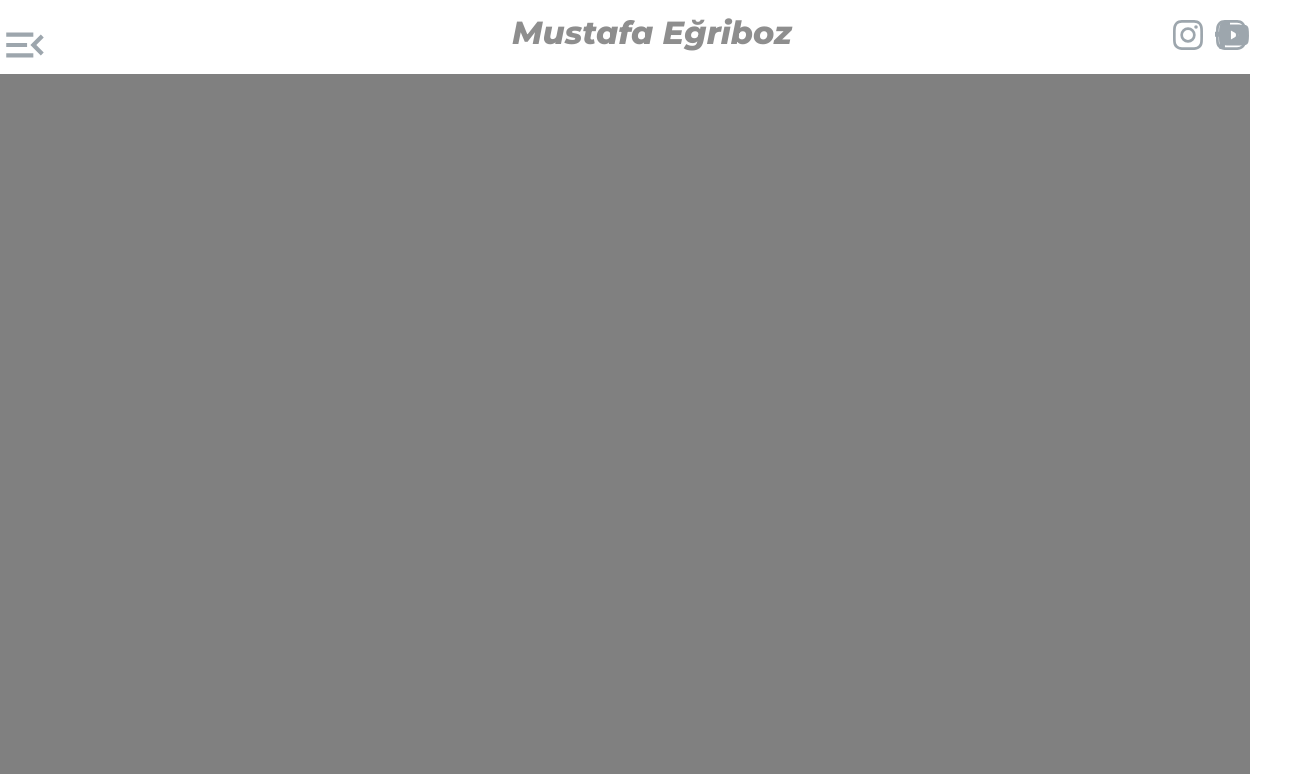
Repository: CengoCengo/m.e-gallery-web-site
Page: index.html
An editor plug-in stored every save of this project. The page is shown before and after the next save, followed by the edit.
The browser window is 1280 px wide. The page is 1280 px wide, then 1295 px, so the pictures cover 1295 px, including what lies to the right of the window. The pictures show the whole page.

Above is the page before, as saved 2021-02-06 02:16:52.
Console error: TypeError: Cannot read properties of null (reading 'style')

### index.html
<!DOCTYPE html>
<html lang="en">
  <head>
    <meta charset="UTF-8" />
    <meta name="viewport" content="width=device-width, initial-scale=1.0" />
    <link rel="stylesheet" href="styles/style.css" />
    <link rel="preconnect" href="https://fonts.gstatic.com" />
    <link
      href="https://fonts.googleapis.com/css2?family=Montserrat:ital,wght@1,800&display=swap"
      rel="stylesheet"
    />

    <title>Mustafa Eğriboz</title>
  </head>
  <body>
    <!-- Navigator -->
     <div class="menu-container">
        <img
          id="icon-menu"
          src="images/icon/menu_open-black-18dp.svg"
          alt="icon-menu"
          width="50"
        />
        <h1>Mustafa Eğriboz</h1>

       <div class="social-media-container">
        <span class="facebook-icon">
          <a href=""
            ><img alt="Qries" src="images/icon/facebook-f-brands.svg" width=15"
            height="70"></a
          >
        </span>
        <span class="instagram-icon">
          <a href=""
            ><img alt="Qries" src="images/icon/instagram-brands.svg" width=30"
            height="70"></a
          >
        </span>
        <span class="youtube-icon">
          <a href=""
            ><img alt="Qries" src="images/icon/youtube-brands.svg" width=30"
            height="70"></a
          >
        </span>
        <span class="whatsapp-icon">
          <a href=""
            ><img alt="Qries" src="images/icon/instagram-brands.svg" width=30"
            height="70"></a
          >
        </span>
      </div>
      </div>




    <!-- Slider -->

    <div class="slider-container">
      <div class="slider"></div>
    </div>

    <script type="text/javascript" src="js/script.js"></script>
  </body>
</html>

### styles/style.css
*{
    margin: 0;
    padding: 0;
    font-family:  'Montserrat', sans-serif;


}

.main-container{
    width: 100%;
}

.menu-container{
    display: inline-block;
    position: relative;
    width: 100%;
    height: auto;



}

#icon-menu img{
    display: inline-block;
    width:2rem;

}

.menu-container h1{
    display: inline-block;
    position: absolute;
    margin-top: 1%;
    left: 40%;
    width: 300px;
    color:#8e8e8e;

}

.social-media-container{
    display: inline;
    position: relative;
    width: 100%;
    left: 85%;
    padding: 30px;

}


.facebook-icon{
    position: absolute;
    left:80%;
}

.instagram-icon{
    position: absolute;
    left: 82%;
}

.youtube-icon{
    position: absolute;
    left: 85%;
}


.slider{
    background-color: grey;
    width: 1250px;
    height: 700px;

}

### js/script.js
var x = document.querySelector("p");
x.style.backgroundColor = "red";

After the next save:
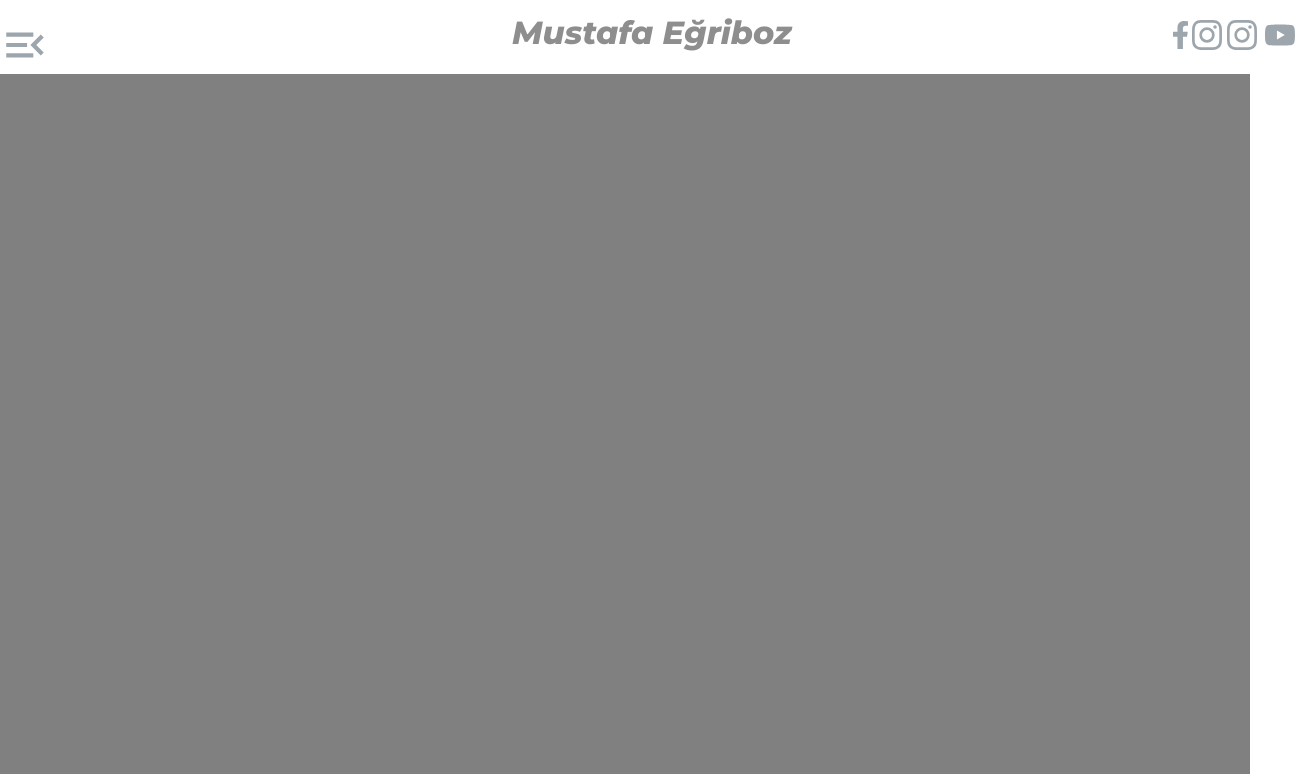
Saved 97 s later.
--- a/index.html
+++ b/index.html
@@ -24,18 +24,18 @@
         <h1>Mustafa Eğriboz</h1>
 
        <div class="social-media-container">
-        <span class="facebook-icon">
+
           <a href=""
             ><img alt="Qries" src="images/icon/facebook-f-brands.svg" width=15"
             height="70"></a
           >
-        </span>
-        <span class="instagram-icon">
+
+
           <a href=""
             ><img alt="Qries" src="images/icon/instagram-brands.svg" width=30"
             height="70"></a
           >
-        </span>
+
         <span class="youtube-icon">
           <a href=""
             ><img alt="Qries" src="images/icon/youtube-brands.svg" width=30"
